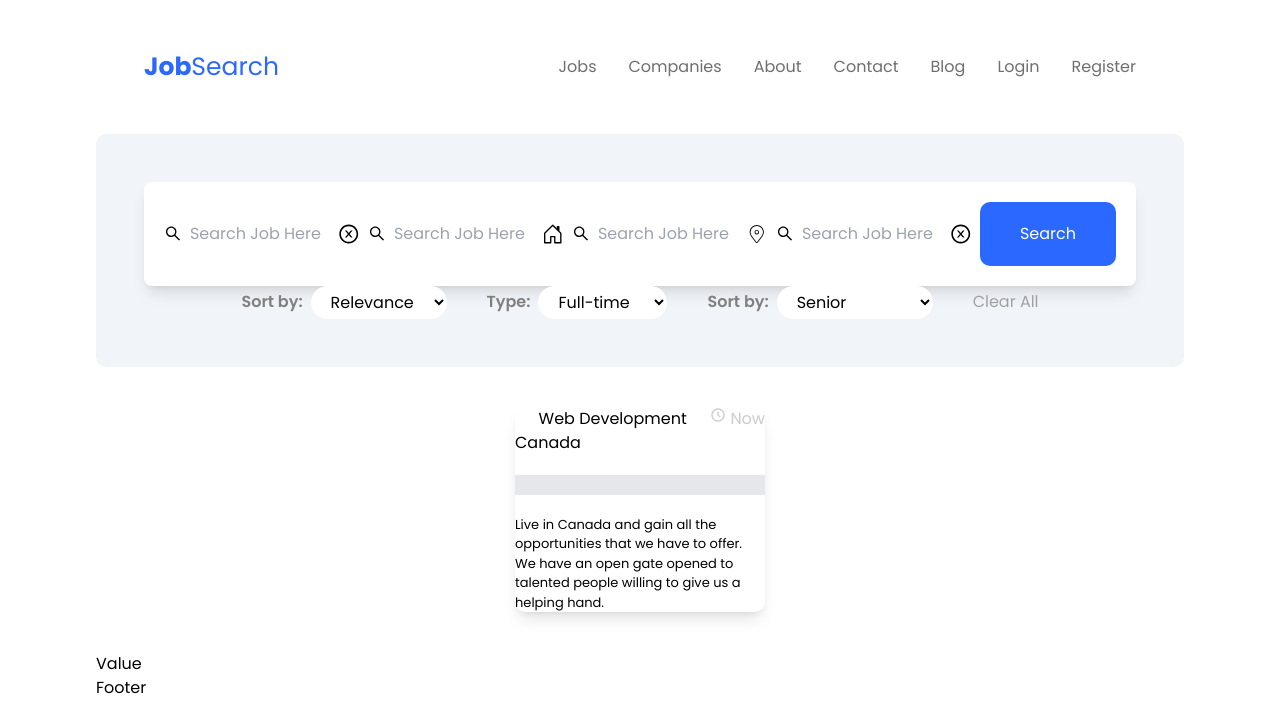
Repository: countaustin1990/Job-Search-website
Page: / (app in vite-project/)
An editor plug-in stored every save of this project. The page is shown before and after the next save, followed by the edit.
The browser window is 1280 px wide. The pictures show the whole page.
The project was rebuilt for these pictures with package versions that can differ from the ones it lists, and the page was loaded fresh each time. Also part of the build but not shown: vite-project/vite.config.js.

Above is the page before, as saved 2023-08-13 13:17:44.

After the next save:
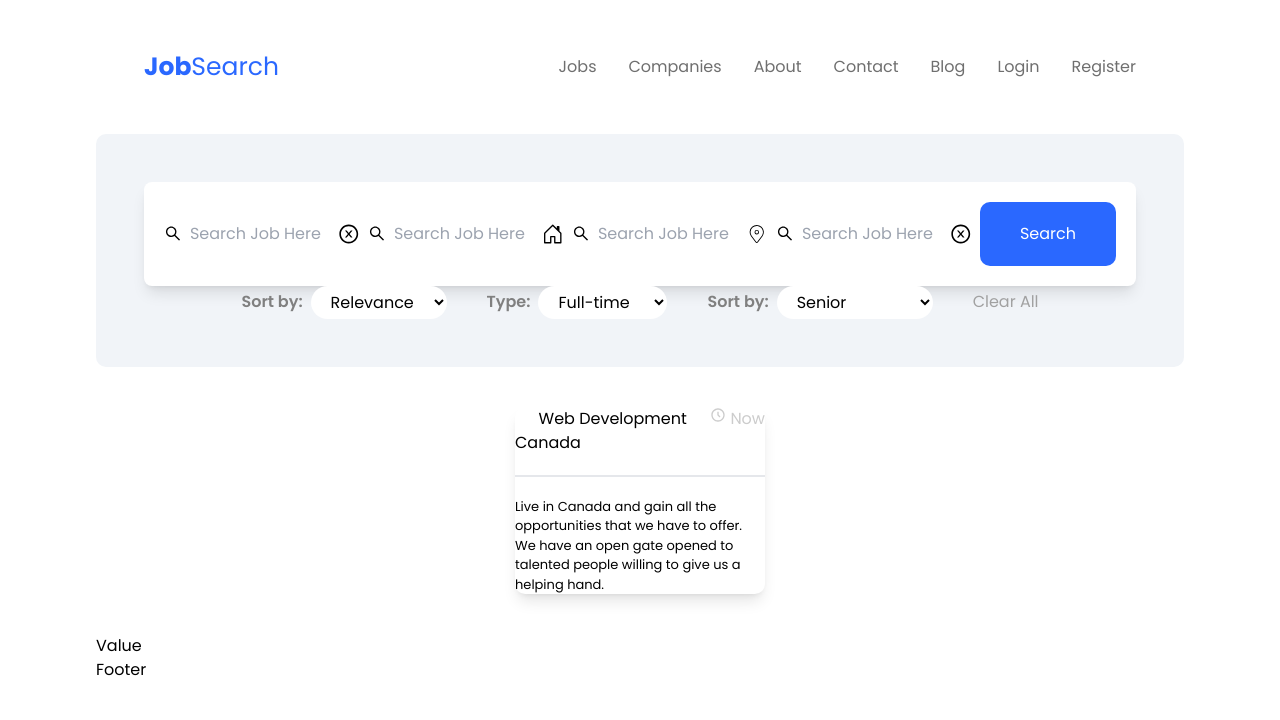
Saved 3 min 11 s later.
--- a/vite-project/src/components/Job.jsx
+++ b/vite-project/src/components/Job.jsx
@@ -19,7 +19,7 @@ import { BiTimeFive } from 'react-icons/bi'
 
                     <h6 className='text-[#ccc]'/>Canada
 
-                    <p className='text-[13px] text-[#95959] pt-[20px] border-t-[20px] mt-[20px] group-hover:text-white'>
+                    <p className='text-[13px] text-[#95959] pt-[20px] border-t-[2px] mt-[20px] group-hover:text-white'>
                         Live in Canada and gain all the opportunities that we have to offer. We have an open gate opened to talented people willing to give us a helping hand.
                     </p>
 
